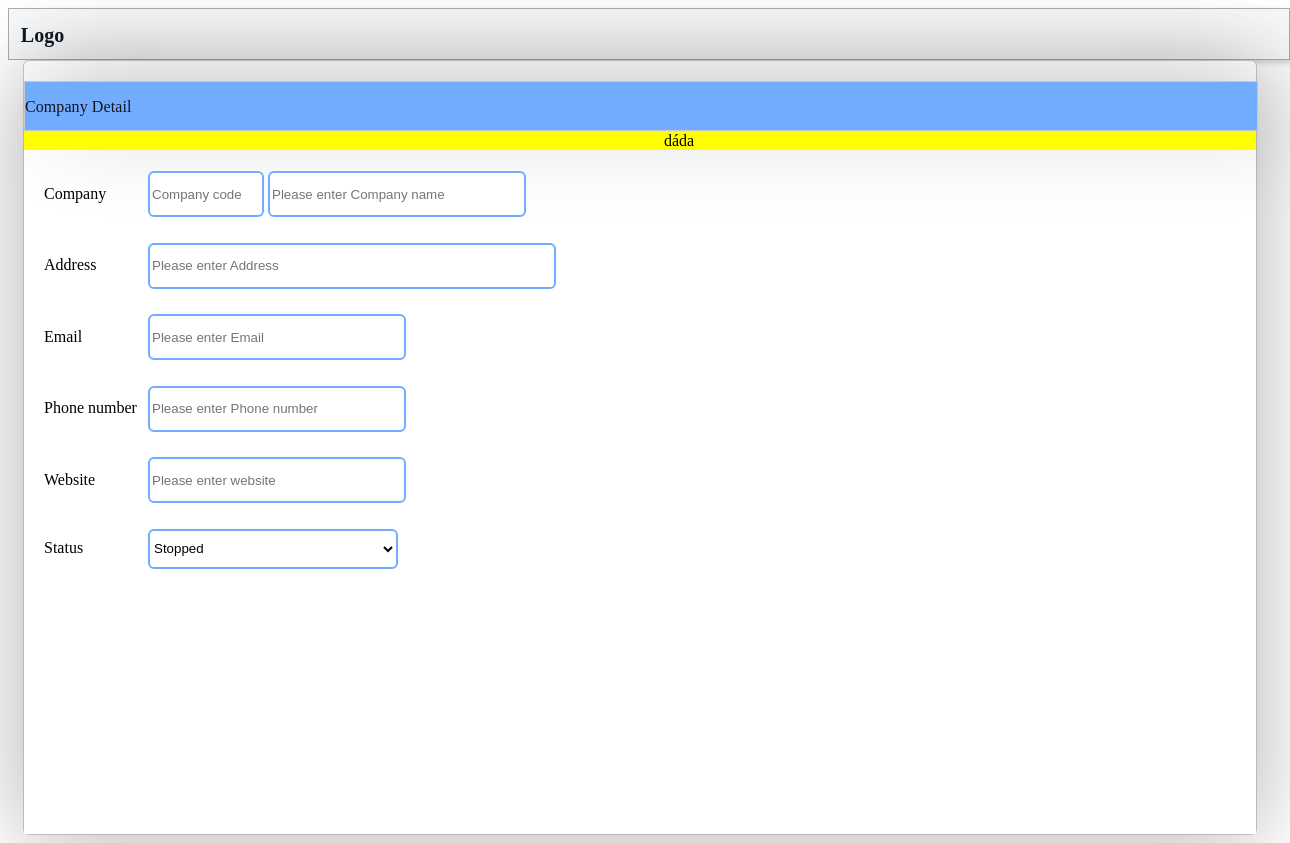
Repository: Zain1409/company
Page: client/html/CompanyDetail.html
The author's editor kept a copy of each file at every save. The page is drawn from the files as they stood at one save, then again after the next save.
The browser window is 1280 px wide. The page is 1290 px wide, so the pictures cover 1290 px, including what lies to the right of the window. The pictures show the whole page.

Above is the page before, as saved 2021-04-04 21:34:06.

After the next save:
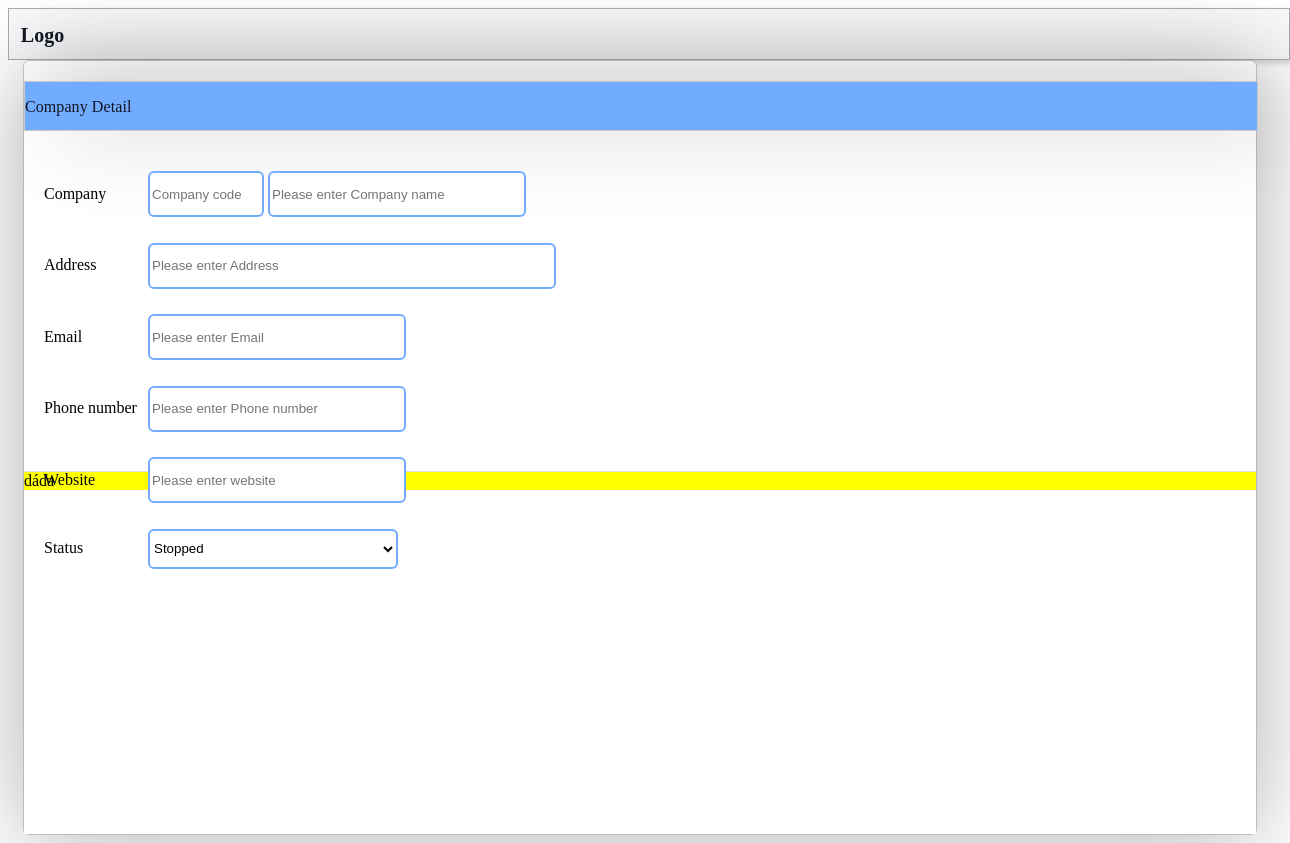
Saved 13 s later.
--- a/client/css/CompanyDetail.css
+++ b/client/css/CompanyDetail.css
@@ -93,6 +93,7 @@
     display: inline-block;
 }
 #footer{
+    clear: both;
     float: inherit;
     border-top: 1px solid #DEDEDE;
     background-color: yellow;
